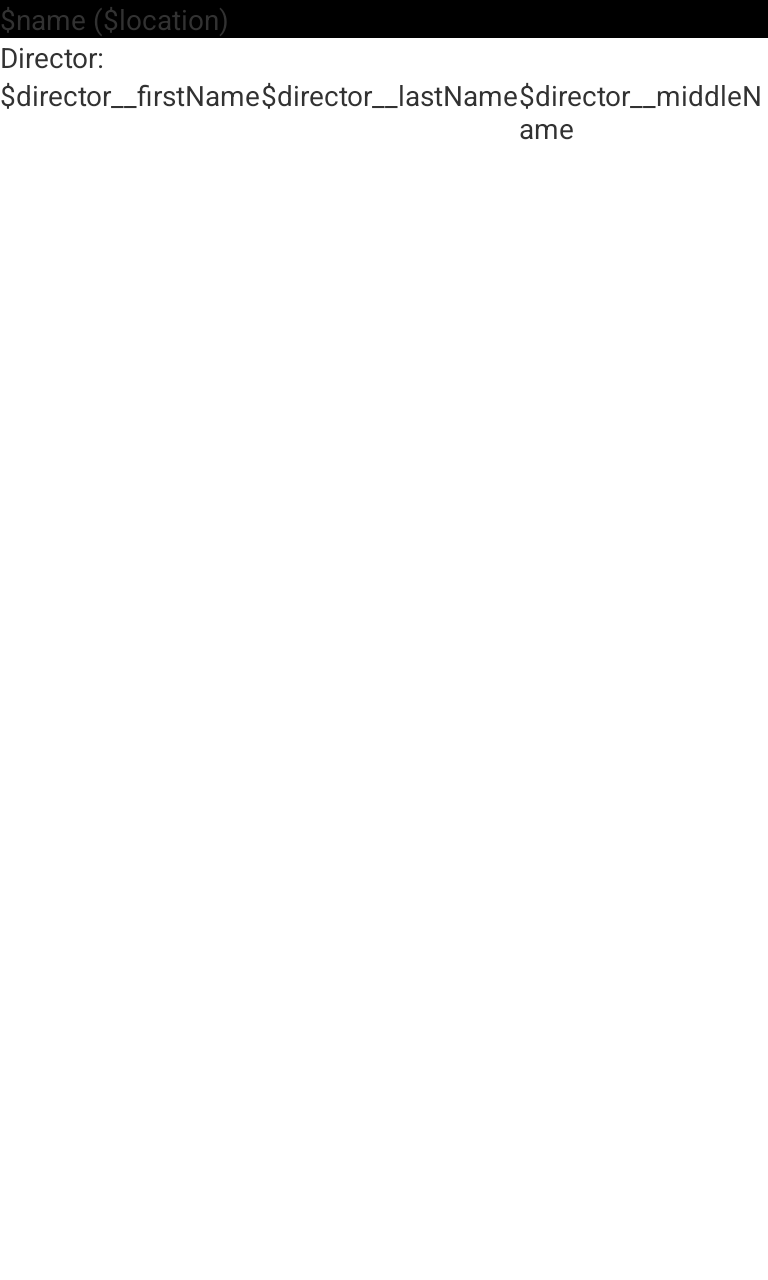
Repository: egslava/android-net-list-utils
Layout: NetUtilsSamples/res/layout/university.xml
An editor plug-in stored every save of this project. The layout is shown before and after a run of saves, followed by the edit.
It is drawn on a 768 x 1280 px phone screen (xhdpi) without system bars, with theme AppTheme; the app's code is not run. Lists and similar views that code fills are empty.

Above is the layout before, as saved 2013-10-15 08:13:05.

After the next 2 saves:
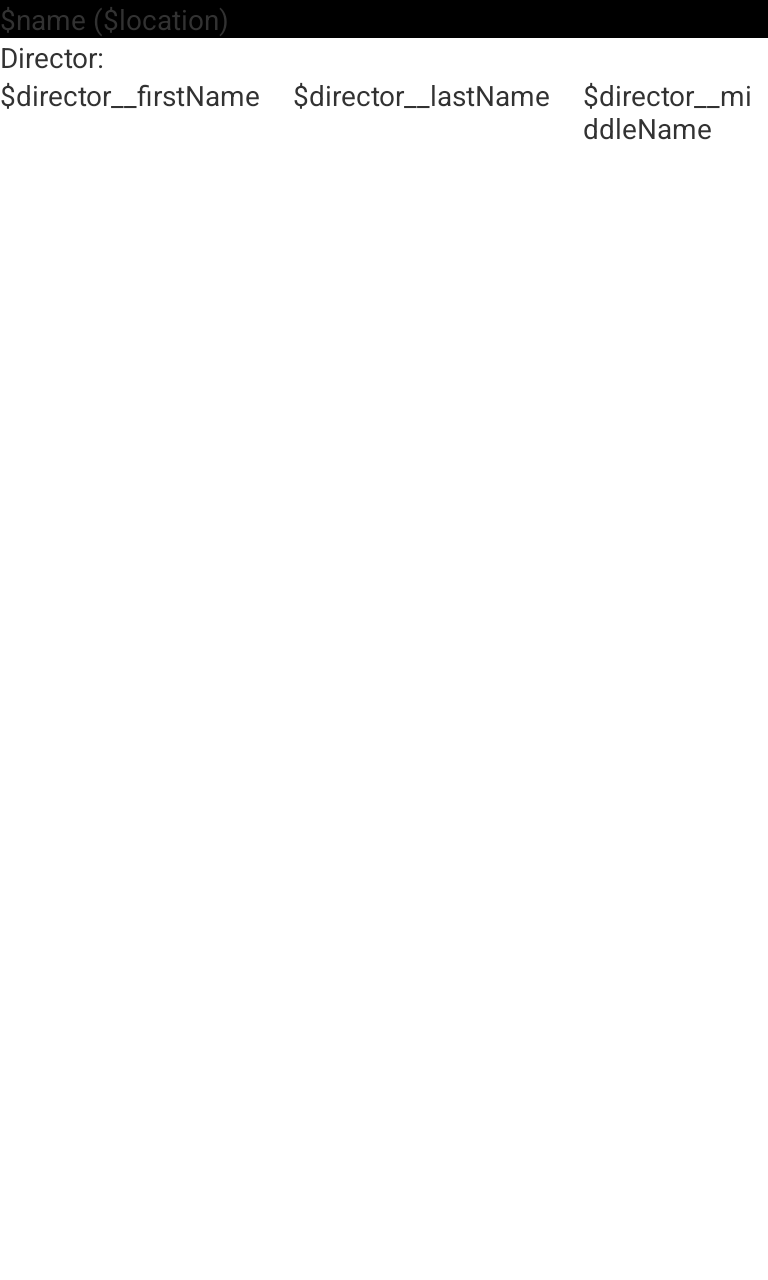
The 2 saves are shown as one change because they came seconds apart.
The last was saved 59 s later.
--- a/NetUtilsSamples/res/layout/university.xml
+++ b/NetUtilsSamples/res/layout/university.xml
@@ -61,20 +61,23 @@
                 android:id="@+id/$director__lastName"
                 android:layout_width="wrap_content"
                 android:layout_height="wrap_content"
-                android:text="$director__lastName" />
+                android:text="$director__lastName"
+                android:layout_marginLeft="@dimen/activity_horizontal_margin" />
 
             <TextView
                 android:id="@+id/$director__middleName"
                 android:layout_width="wrap_content"
                 android:layout_height="wrap_content"
-                android:text="$director__middleName" />
+                android:text="$director__middleName"
+                android:layout_marginLeft="@dimen/activity_horizontal_margin" />
 
             <TextView
                 android:id="@+id/$director__birthday"
                 android:layout_width="wrap_content"
                 android:layout_height="wrap_content"
                 android:text="$director__birthday"
-                android:tag="(dd.MM.yyyy)" />
+                android:tag="(dd.MM.yyyy)"
+                android:layout_marginLeft="@dimen/activity_horizontal_margin" />
         </LinearLayout>
     </LinearLayout>
 
